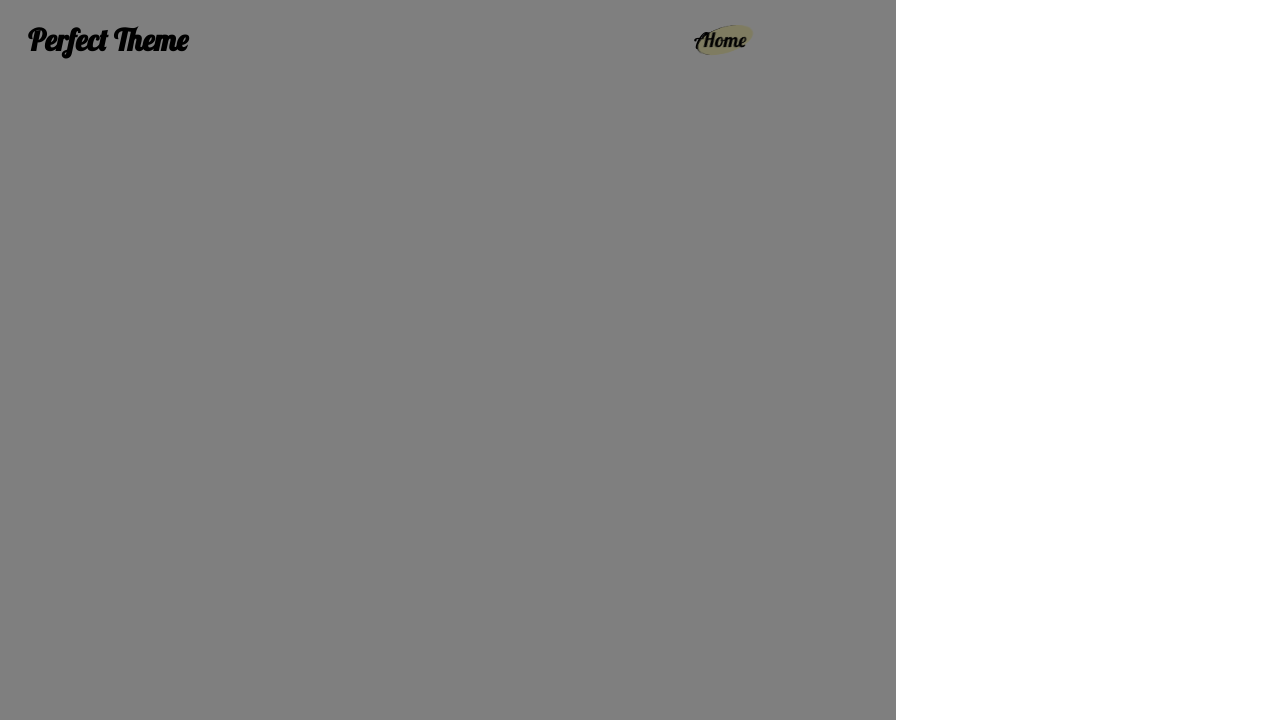
Repository: hsumyatm7308/laravel-blog
Page: blogweb/resources/views/blog/headerlayout.html
An editor plug-in stored every save of this project. The page is shown before and after the next save, followed by the edit.
The browser window is 1280 px wide. The pictures show the whole page.
Some web libraries are served in a nearby version.

Above is the page before, as saved 2023-09-04 17:05:46.

### blogweb/resources/views/blog/headerlayout.html
<!DOCTYPE html>
<html>

<head>
    <title>@yield('title')</title>
    <script src="https://cdn.tailwindcss.com"></script>

</head>
<style>
    @import url('https://fonts.googleapis.com/css2?family=Lobster&display=swap');

    body {
        font-family: 'Lobster', cursive;
    }

    .container {
        width: 80%;
        height: auto;
        /* background-color: antiquewhite; */

        display: flex;
        justify-content: center;
        align-items: center;

        position: relative;


    }

    .navlabel {
        position: relative;
        /* background-color: aqua; */
    }

    .lictn {
        position: relative;
    }

    .skewtextctn,
    .skewtextctn2 {
        width: 50px;
        height: 30px;
        border-radius: 100%;
        border-left: 1px solid black;

        position: fixed;
        top: 25px;




        transform: skew(-40deg);

    }

    .skewtextctn {
        left: 700px;
    }

    .skewtextctn2 {
        left: 800px;
    }



    .article {
        position: fixed;
        left: 1px;

        top: 1px;
        transform: skew(40deg);

    }

    .skewtextctn:hover,
    .skewtextctn2:hover {
        transition: all .5s;
        background-color: rgb(51 65 85);
    }

    .skewtextctn:hover .article,
    .skewtextctn2:hover .article {
        color: #000;
    }
</style>

<body class="bg-[#ffff]">
    <nav class="w-[100vw] flex justify-center items-center">
        <h1 class="text-3xl font-semibold">Perfect Theme</h1>

        <div class="w-[80%] h-20 flex justify-center items-center container">
            <div class="flex justify-between items-center list-none navlabel">
                <li class="p-5 mr-4 lictn">
                    <div class="bg-yellow-100 skewtextctn">
                        <a href="" class="text-xl text-black article">Home</a>
                    </div>
                </li>

                <li class="p-5 mr-4">
                    <div class=" active">
                        <a href="" class="text-xl text-black ">Article</a>
                    </div>
                </li>
            </div>


        </div>

        <div class=" menu ">
            <span class="text-xs flex justify-center items-center flex-col">
                <div class="w-10 h-[2px] bg-black"></div>
                <span class="p-1 hover:self-end hover:text-yellow-500"> menu</span>
                <div class="w-10 h-[2px] bg-black font-semibold"></div>
            </span>
        </div>
    </nav>



    <div class="menu-modal w-screen bg-[linear-gradient(rgba(0,0,0,.5),rgba(0,0,0,.5))] h-screen absolute left-0 top-0">
        <div class="w-96 h-[100vh] bg-white absolute right-0 top-0">

        </div>

    </div>


    <script>
        var menu = document.querySelector('.menu');
        menu.addEventListener('click',function(){

        })
    </script>
</body>

</html>

After the next save:
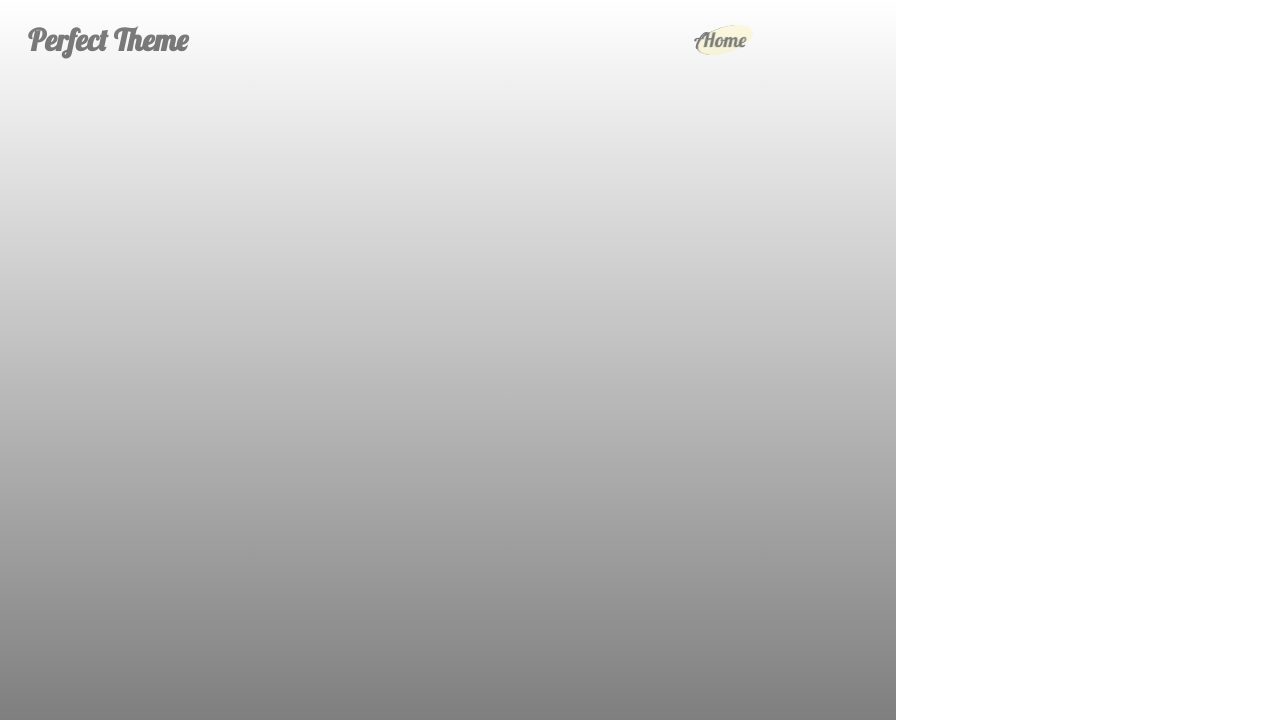
Saved 17 s later.
--- a/blogweb/resources/views/blog/headerlayout.html
+++ b/blogweb/resources/views/blog/headerlayout.html
@@ -117,7 +117,7 @@
 
 
 
-    <div class="menu-modal w-screen bg-[linear-gradient(rgba(0,0,0,.5),rgba(0,0,0,.5))] h-screen absolute left-0 top-0">
+    <div class="menu-modal w-screen bg-[linear-gradient(rgba(255,255,255,.5),rgba(0,0,0,.5))] h-screen absolute left-0 top-0">
         <div class="w-96 h-[100vh] bg-white absolute right-0 top-0">
 
         </div>
